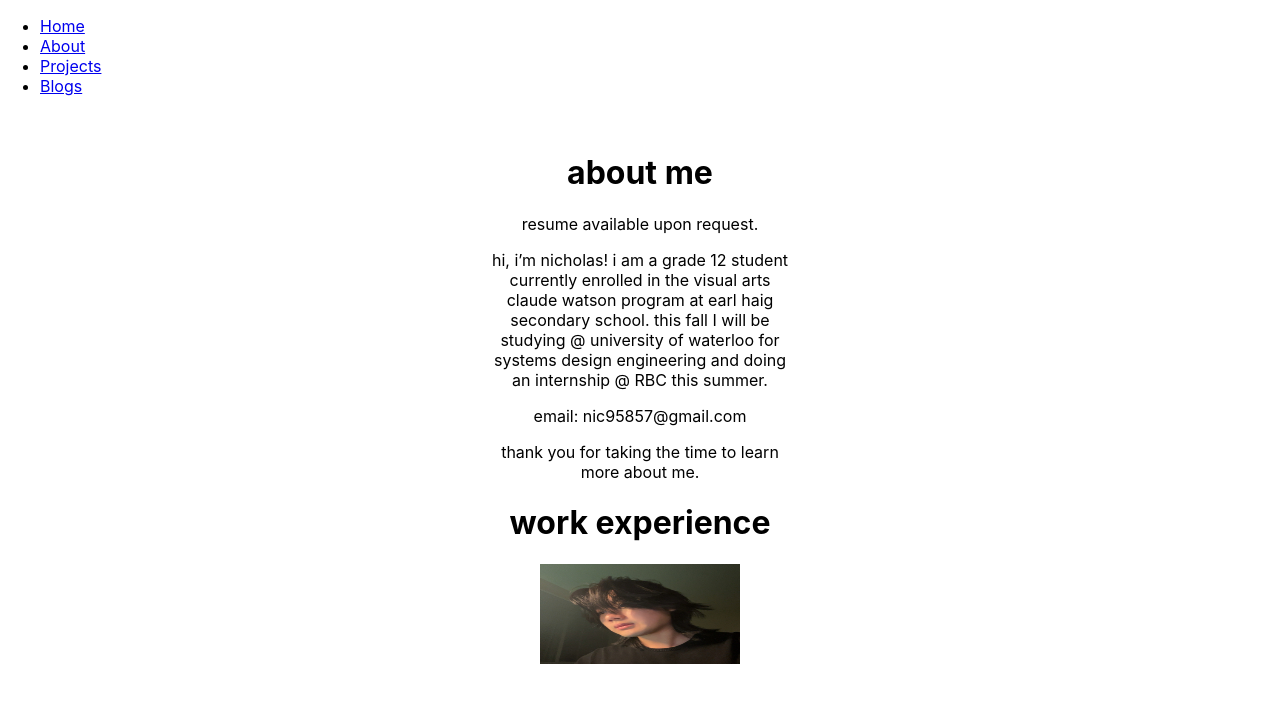
Repository: nicholaschen09/personalWebsite
Page: /about
An editor plug-in stored every save of this project. The page is shown before and after the next save, followed by the edit.
The browser window is 1280 px wide. The pictures show the whole page.
The project was rebuilt for these pictures with package versions that can differ from the ones it lists, and the page was loaded fresh each time. Also part of the build but not shown: src/components/Home.css, src/components/Home.js, src/components/Projects.css, src/components/Projects.js, src/components/Blog.css, src/components/Blog.js, src/components/Miscellaneous.css, src/components/Miscellaneous.js and 4 more.

Above is the page before, as saved 2024-05-23 12:35:24.

### src/App.js
import React from 'react';
import { BrowserRouter as Router, Route, Routes, Link } from 'react-router-dom';
import About from './components/About.js';
import Home from './components/Home.js';
import Projects from './components/Projects.js';
import Blog from './components/Blog.js';
import Miscellaneous from './components/Miscellaneous.js';
import Design from './components/Design.js';
import Engineering from './components/Engineering.js';

function App() {
  return (
    <Router>
      <div>
        <nav>
          <ul>
            <li>
              <Link to="/">Home</Link>
            </li>
            <li>
              <Link to="/about">About</Link>
            </li>
            <li>
              <Link to="/projects">Projects</Link>
            </li>
            <li>
              <Link to="/blogs">Blogs</Link>
            </li>
          </ul>
        </nav>

        <Routes>
          <Route path="/about" element={<About />} />
          <Route path="/" element={<Home />} />
          <Route path="/projects" element={<Projects />} />
          <Route path="/blogs" element={<Blog />} />
          <Route path="/projects/miscellaneous" element={<Miscellaneous />} />
          <Route path="/projects/design" element={<Design />} />
          <Route path="/projects/engineering" element={<Engineering />} />
        </Routes>
      </div>
    </Router>
  );
}

export default App;

### src/components/About.js
import React from 'react';
import './About.css';

const About = () => {
    return (
        <div className="about">
            <h1>about me</h1>
            <p>resume available upon request.</p>
            <p>hi, i’m nicholas! i am a grade 12 student currently enrolled in the visual arts claude watson
                program at earl haig secondary school. this fall I will be studying @ university of
                waterloo for systems design engineering and doing an internship @ RBC this summer.</p>
            <p>email: nic95857@gmail.com</p>
            <p>thank you for taking the time to learn more about me.</p>
            <h1>work experience</h1>
            <img src={process.env.PUBLIC_URL + '/file.jpg'}alt="profilePic" className="profilePic" />
            </div>

    );
};





export default About;

### src/components/About.css
.about {
    text-align: center;
    padding: 20px;
    width: 300px;
    margin-left: auto;
    margin-right: auto;
}
.profilePic {
    width: 200px;
    height: 100px;
    margin-bottom: 20px;
}

Loaded but not shown: public/index.html (common file); src/index.js (common file); src/index.css (common file); src/reportWebVitals.js (common file)

After the next save:
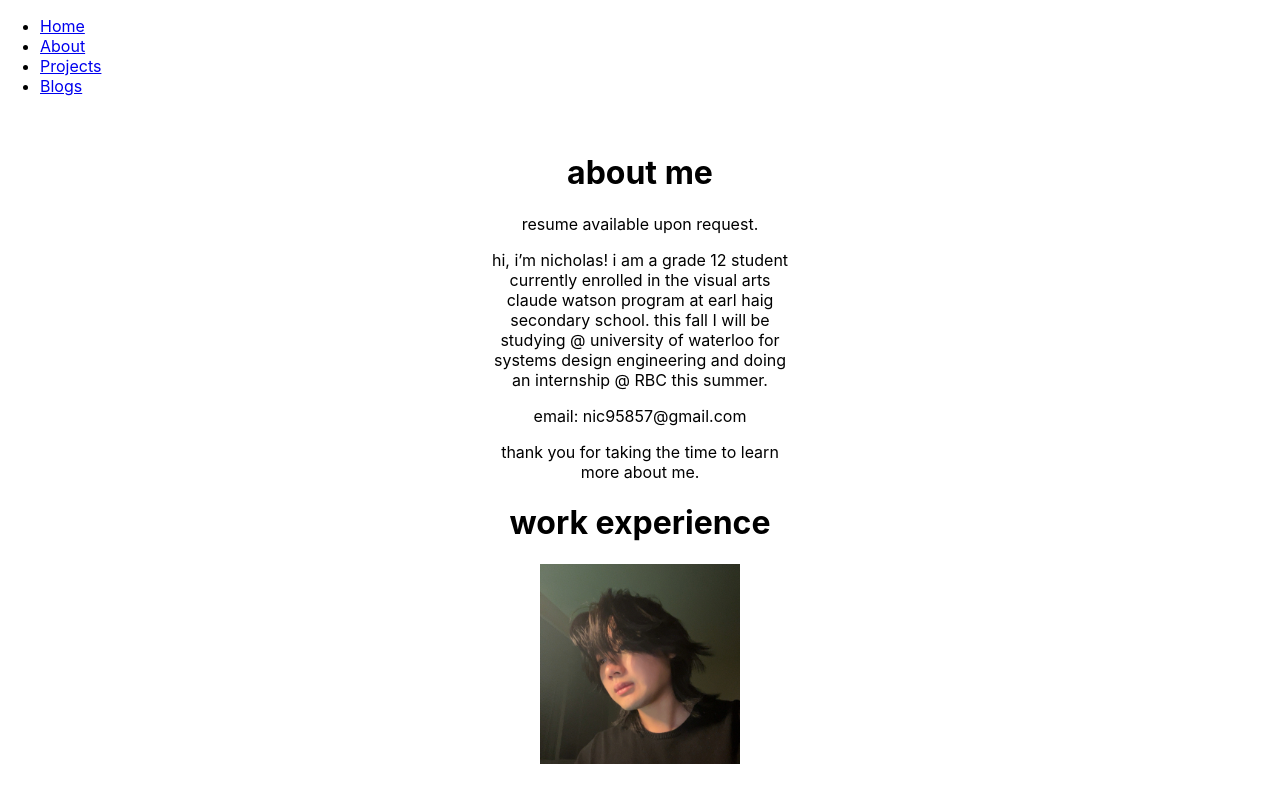
Saved 9 s later.
--- a/src/components/About.css
+++ b/src/components/About.css
@@ -7,6 +7,6 @@
 }
 .profilePic {
     width: 200px;
-    height: 100px;
+    height: 200px;
     margin-bottom: 20px;
 }
